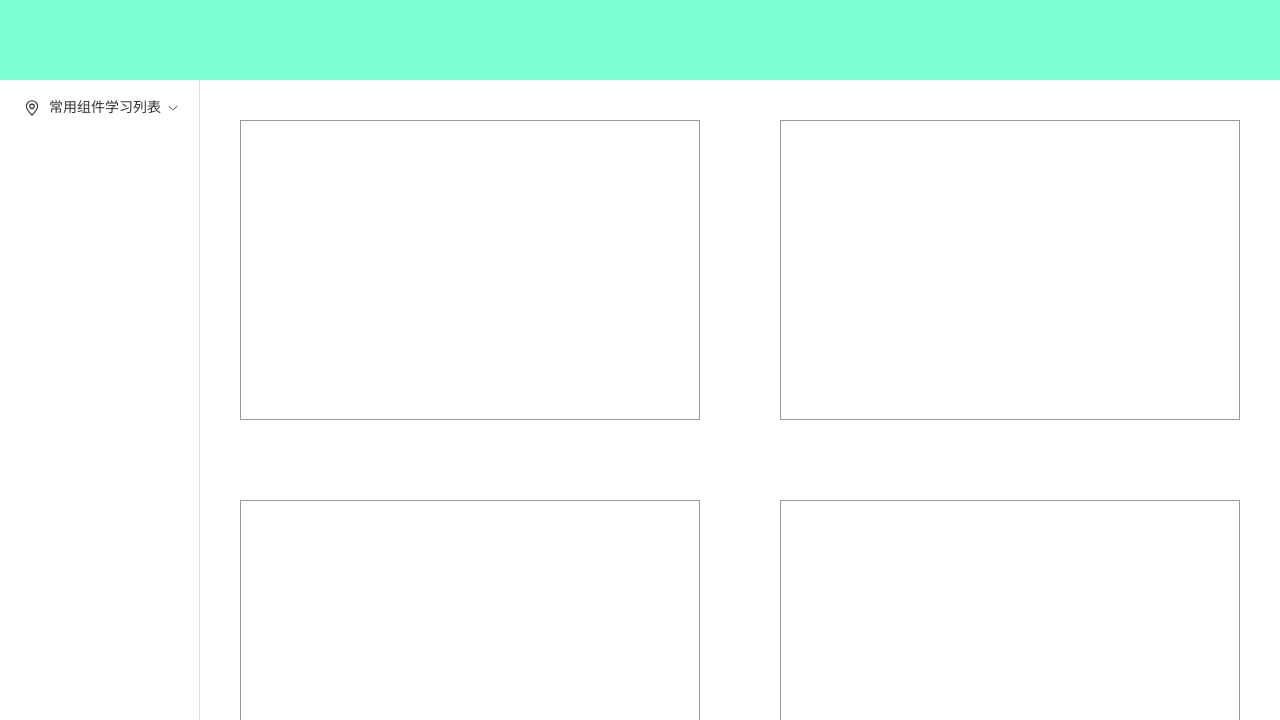
Repository: 553559555/vue3-project
Page: /#/index (app in vue3-app/)
An editor plug-in stored every save of this project. The page is shown before and after the next save, followed by the edit.
The browser window is 1280 px wide. The pictures show the whole page.
An inner scrolling area shows only its first screen. The project was rebuilt for these pictures with package versions that can differ from the ones it lists, and the page was loaded fresh each time. Also part of the build but not shown: vue3-app/vite.config.ts.

Above is the page before, as saved 2025-03-24 11:03:41.

### vue3-app/src/main.ts
import { createApp } from 'vue'
import ElementPlus from 'element-plus'
import 'element-plus/dist/index.css'
import router from './router'
import pinia from './stores'
import './style.css'
import App from './App.vue'

const app = createApp(App)
app.use(ElementPlus)
app.use(router)
app.use(pinia)

app.mount('#app')

### vue3-app/src/router/index.ts
import { createRouter, createWebHashHistory, createWebHistory } from 'vue-router'
import type { RouteRecordRaw } from 'vue-router'

const routes: Array<RouteRecordRaw> = [
  {
    path: '/',
    name: 'Login',
    component: () => import('../views/login.vue')
  },
  {
    path: '/index',
    name: 'index',
    component: () => import('../views/index.vue'),
    children: [
      {
        path: '',
        name: 'Home',
        component: () => import('../views/Home.vue')
      },
      {
        path: '/about',
        name: 'About',
        component: () => import('../views/About.vue')
      }
    ]
  }

]

const router = createRouter({
  history: createWebHashHistory(),
  routes
})

export default router

### vue3-app/src/stores/index.ts
import { createPinia } from 'pinia'

const pinia = createPinia()

export default pinia

### vue3-app/src/style.css
/* CSS 重置 */
* {
  margin: 0;
  padding: 0;
  box-sizing: border-box;
}

### vue3-app/src/App.vue
<script setup lang="ts">
import { RouterView } from 'vue-router'
</script>

<template>
    <router-view />
</template>

### vue3-app/src/views/index.vue
<template>
    <div>
        <el-header>
            <home-header />
        </el-header>
        <el-container>
            <el-aside width="200px">
                <home-left />
            </el-aside>
            <el-main>
                <router-view>
                </router-view>
            </el-main>
        </el-container>
    </div>
</template>

<script setup>

import { RouterView } from 'vue-router'
import HomeLeft from './components/home-left.vue'
import HomeHeader from './components/home-header.vue'

</script>



<style scoped lang="scss">
div {
    width: 100vw;
    height: 100vh;
    box-sizing: border-box;

    .el-header {
        height: 80px;
        padding: 0;
    }


    .el-container {
        height: calc(100vh - 80px);
    }

    .el-main {
        margin: 0px;
        padding: 0px;
        width: 100%;
        height: 100%;
    }
}
</style>

### vue3-app/src/views/Home.vue
<template>
  <div class="home-container">
    <el-row class="row">
      <el-col :span="12">
        <div class="grid-content" />
      </el-col>
      <el-col :span="12">
        <div class="grid-content" />
      </el-col>
    </el-row>

    <el-row class="row">
      <el-col :span="12">
        <div class="grid-content" />
      </el-col>
      <el-col :span="12">
        <div class="grid-content" />
      </el-col>
    </el-row>

  </div>
</template>

<script lang="ts" setup>

</script>

<style scoped lang="scss">
.home-container {
  width: 100%;
  height: 100%;

  .row {
    min-height: 200px;

    .el-col {

      .grid-content {
        margin: 40px;
        border: solid 1px #999;
        height: 300px;
      }

    }
  }
}
</style>

### vue3-app/src/views/components/home-left.vue
<template>
    <div class="home-left-container">
        <el-menu default-active="2" class="el-menu-vertical-demo" @open="handleOpen" @close="handleClose"
            @select="handleSelect">
            <el-sub-menu v-for="(items, index) in listData" :index="items.name" :key="index">
                <template #title>
                    <el-icon>
                        <location />
                    </el-icon>
                    <span>{{ items.name }}</span>
                </template>
                <el-menu-item v-for="(item, index) in items.children" :index="item.name" :key="index">
                    <el-icon>
                        <location />
                    </el-icon>
                    <span>{{ item.name }}</span>
                </el-menu-item>
            </el-sub-menu>
        </el-menu>
    </div>
</template>

<script setup>
import { Location } from "@element-plus/icons-vue";

import { reactive, ref } from "vue";
const listData = reactive([
    {
        name: "常用组件学习列表",
        children: [
            {
                name: 'button'
            },
            {
                name: 'input'
            }
        ],
    },
]);
const isCollapse = ref(true);
const handleOpen = (key, keyPath) => {
    console.log(key, keyPath);
};
const handleClose = (key, keyPath) => {
    console.log(key, keyPath);
};

const handleSelect = (key, keyPath) => {
    console.log(key, keyPath);
};
</script>

<style scoped lang="scss">
.home-left-container {
    height: 100%;
    width: 100%;
    background-color: #fff;

    .el-menu-vertical-demo:not(.el-menu--collapse) {
        width: 200px;
        min-height: 100%;
    }
}
</style>

### vue3-app/src/views/components/home-header.vue
<template>
    <div class="home-header">

    </div>
</template>

<script setup>

</script>

<style lang="scss" scoped>
.home-header {
    width: 100%;
    height: 100%;
    background-color: aquamarine;
}
</style>

Loaded but not shown: vue3-app/index.html (common file)

After the next save:
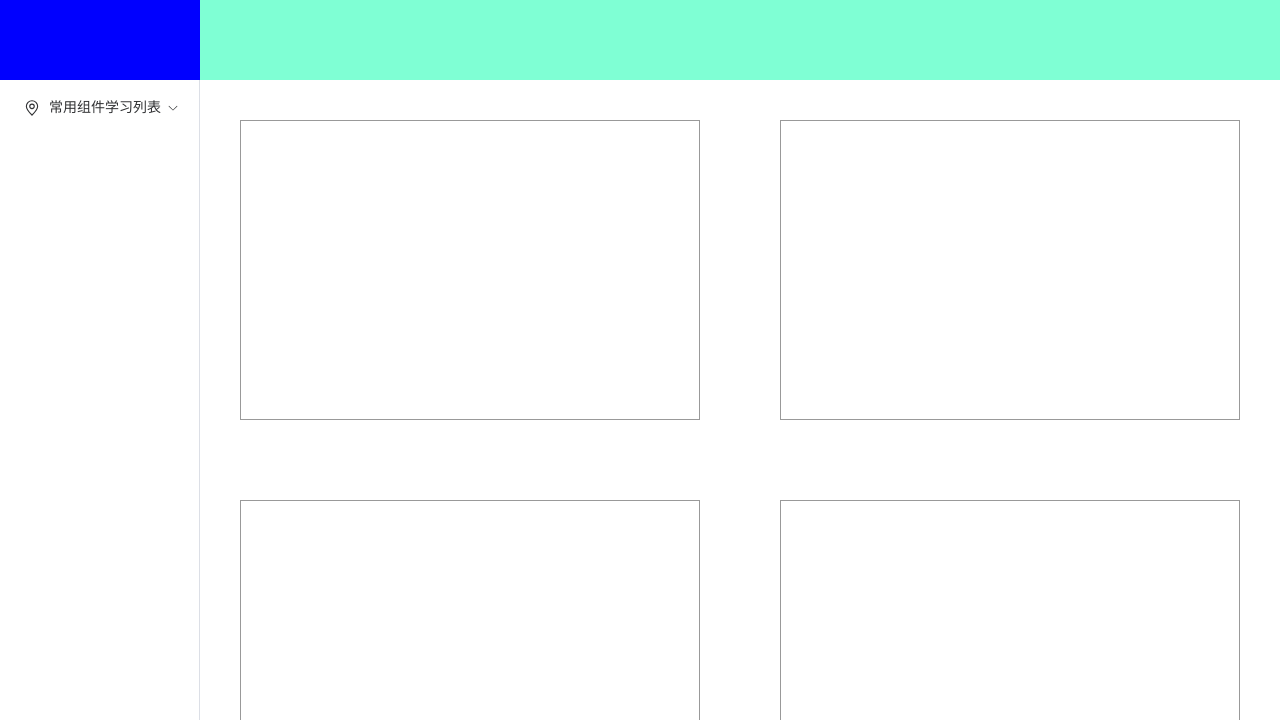
Saved 41 s later.
--- a/vue3-app/src/views/components/home-header.vue
+++ b/vue3-app/src/views/components/home-header.vue
@@ -1,5 +1,10 @@
 <template>
     <div class="home-header">
+
+        <div class="home-header-left">
+
+        </div>
+
 
     </div>
 </template>
@@ -13,5 +18,12 @@
     width: 100%;
     height: 100%;
     background-color: aquamarine;
+
+
+    .home-header-left {
+        width: 200px;
+        height: 100%;
+        background-color: blue;
+    }
 }
 </style>
